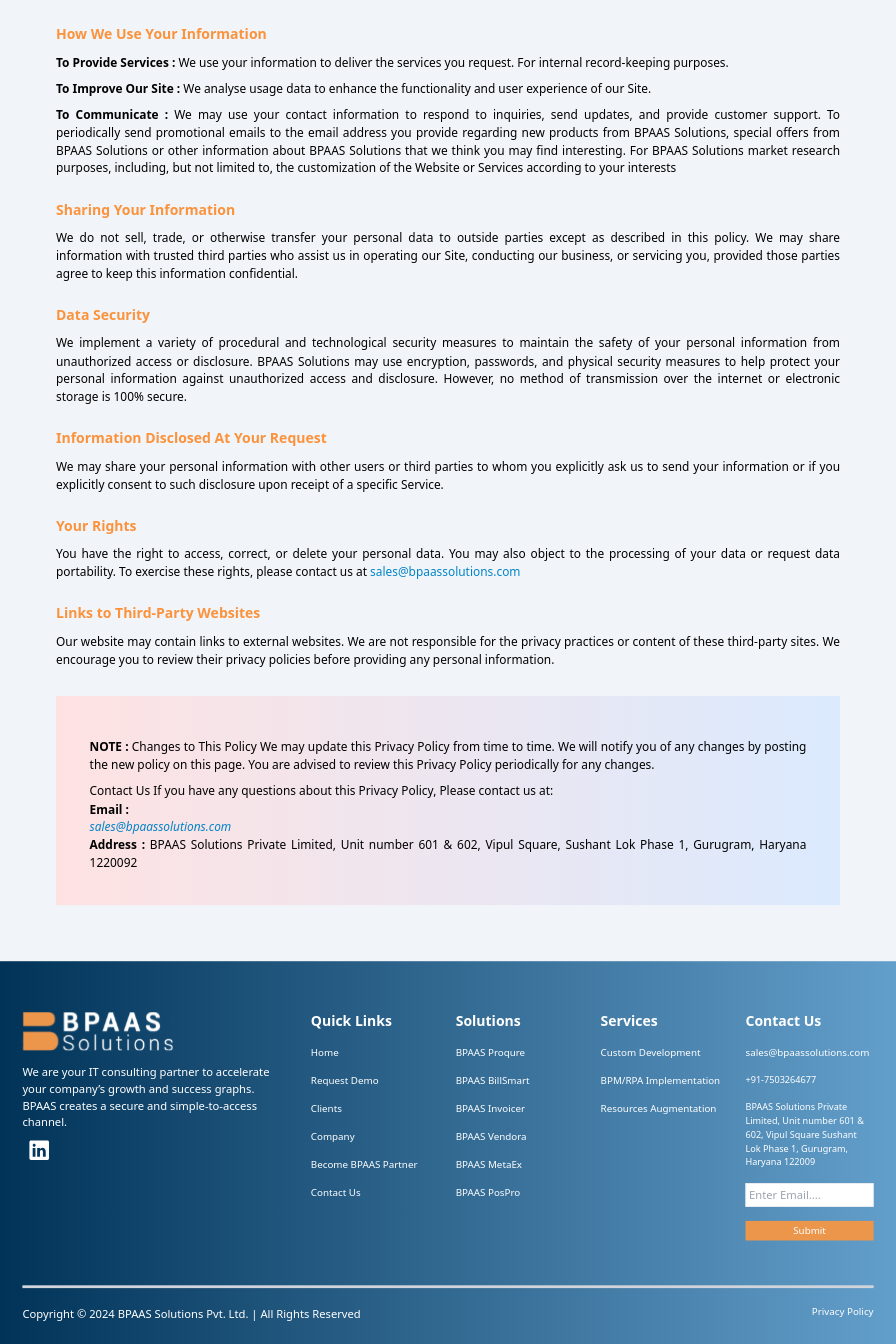
Repository: captainalpha/BP-Website
Page: /services/bp-services
The author's editor kept a copy of each file at every save. The page is drawn from the files as they stood at one save, then again after the next save.
The browser window is 1280 px wide. The pictures show the part of the page from y = 1173 to 3093 px (the page is 3093 px tall), at 70% of full size.
The project was rebuilt for these pictures with package versions that can differ from the ones it lists, and the page was loaded fresh each time. The framework's server and built-in components were replaced by stand-ins that run in the browser. Also part of the build but not shown: next.config.js, components/common/TopBanner.js, components/common/SectionHeader.js.

Above is the page before, as saved 2024-08-13 16:25:19.

After the next save:
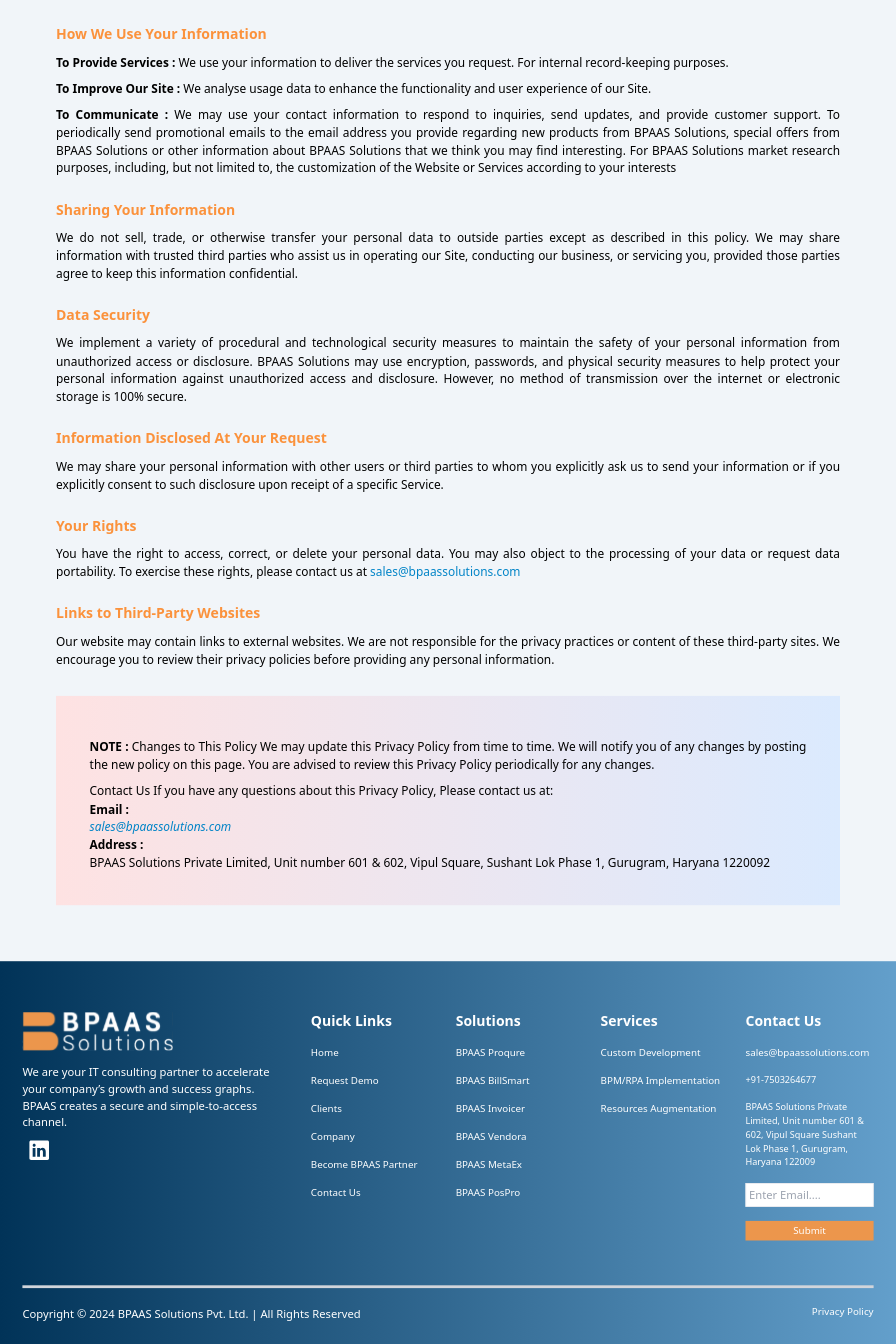
Saved 11 s later.
--- a/pages/services/bp-services.js
+++ b/pages/services/bp-services.js
@@ -189,7 +189,7 @@
                   sales@bpaassolutions.com
                 </a>{" "}
               </address>
-              <b>Address :</b>{" "}
+              <b>Address :</b><br/>
                 BPAAS Solutions Private Limited, Unit number 601 & 602, Vipul
                 Square, Sushant Lok Phase 1, Gurugram, Haryana 1220092
             </p>
